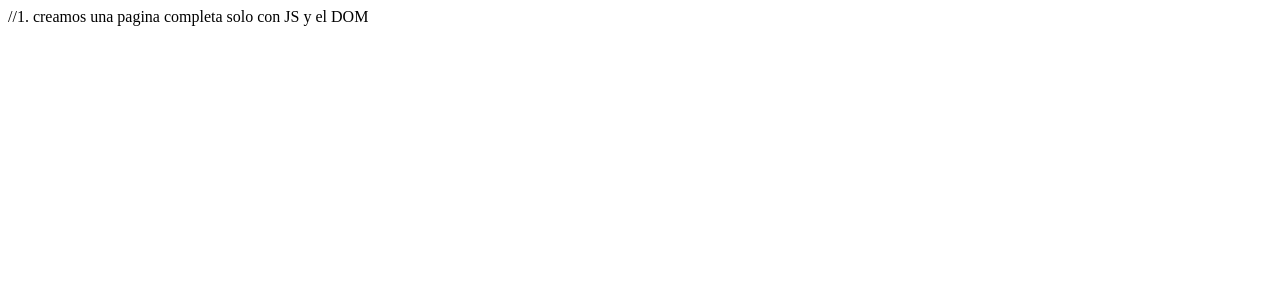
Repository: LadyJohana20/clases
Page: Clase-05-nodesass/public/pages/productos.html
These files come from the project's save history. The page is drawn as it stood at one moment and after the next save; the edit follows.
The browser window is 1280 px wide. The pictures show the whole page.

Above is the page before, as saved 2026-01-26 21:30:14.
Console error: SyntaxError: Unexpected end of input

After the next save:
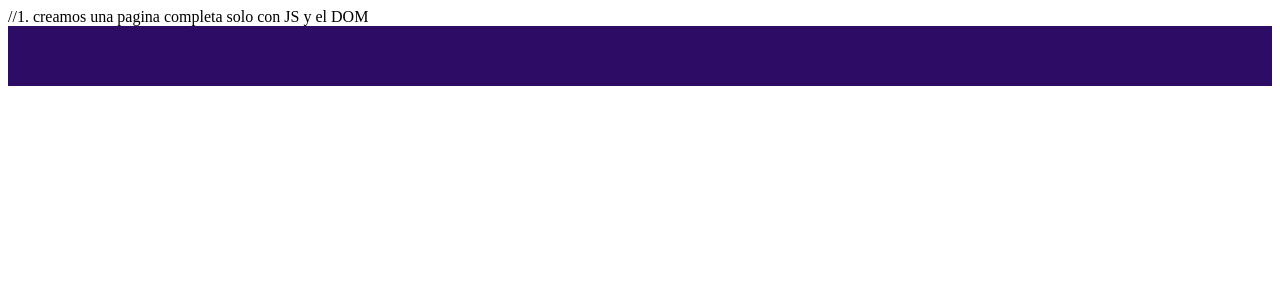
The error is gone.
Saved 3 min 22 s later.
--- a/Clase-05-nodesass/public/js/productos.js
+++ b/Clase-05-nodesass/public/js/productos.js
@@ -2,9 +2,13 @@
 const principal = document.getElementById("principal");
 
 // 2. Creamos la barra de navegación
-let navegación = `document.createElement('nav');
+let navegación = document.createElement('nav');
 
 // 3. le agregamos estilos
+
 navegación.style.backgroundColor = '#2c0c64 ';
 navegación.style.width = '100%';
 navegación.style.height = '60px';
+
+//4. Agregamos barra de navegacion al div principal
+principal.appendChild(navegación);
